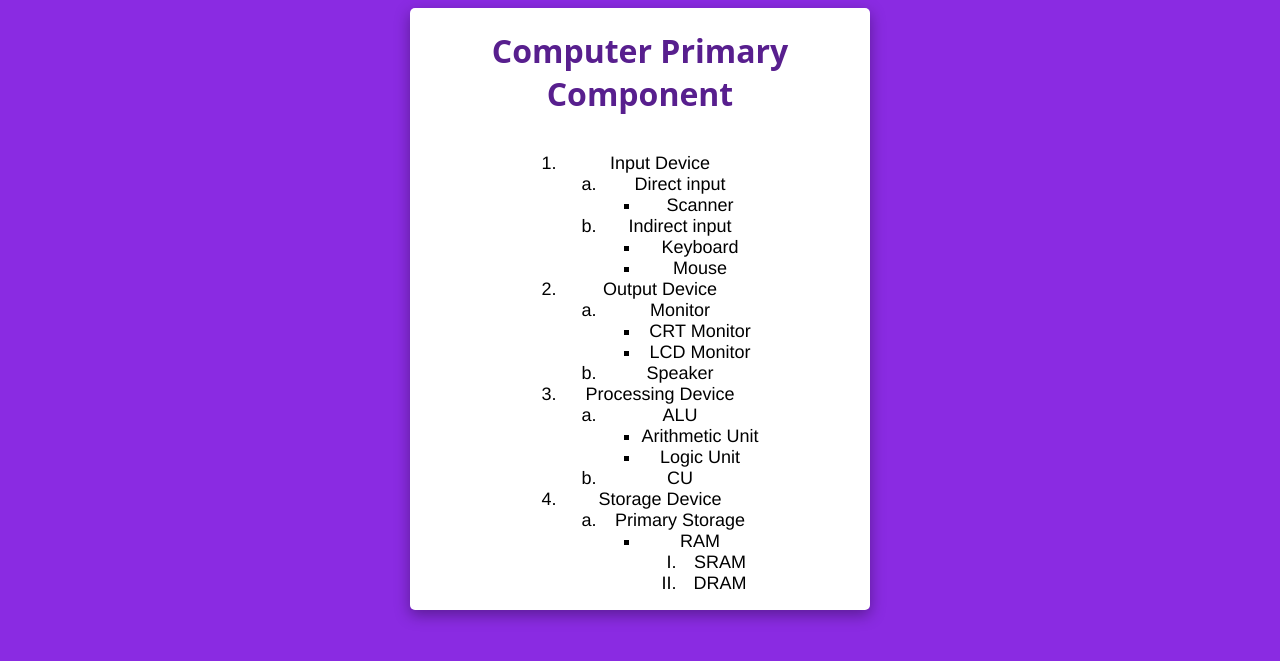
Repository: SharonSebastian32/Nested_List_in_html
Page: index.html
An editor plug-in stored every save of this project. The page is shown before and after a run of saves, followed by the edit.
The browser window is 1280 px wide. The pictures show the whole page.

Above is the page before, as saved 2024-09-01 08:14:57.

### index.html
<!DOCTYPE html>
<html lang="en">
  <head>
    <meta charset="UTF-8" />
    <meta name="viewport" content="width=device-width, initial-scale=1.0" />
    <title>Document</title>
    <link rel="stylesheet" href="./Styles/Styles.css" />
    <link href="https://unpkg.com/aos@2.3.1/dist/aos.css" rel="stylesheet" />
    <style>
        li{
            font-size: 18px;
            font-family:  Helvetica, sans-serif;
        }
    </style>
  </head>
  <body style="background-color: blueviolet">
    <center>

      <div
        data-aos="zoom-in-up"
        style="
          border-radius: 5px;
          display: flex;
          flex-wrap: wrap;
          justify-content: center;
          align-items: center;
          flex-direction: column;
          background-color: rgb(255, 255, 255);
          width: 460px;
          box-shadow: rgba(0, 0, 0, 0.35) 0px 5px 15px;
        "
      >
        <h1 style="color: rgb(88, 31, 142);">Computer Primary Component</h1>
        <ol>
          <li>Input Device</li>
          <ol type="a">
            <li>Direct input</li>
            <ul style="list-style-type: square">
              <li>Scanner</li>
            </ul>
            <li>Indirect input</li>
            <ul>
              <li>Keyboard</li>
              <li>Mouse</li>
            </ul>
          </ol>
          <li>Output Device</li>
          <ol type="a">
            <li>Monitor</li>
            <ul>
              <li>CRT Monitor</li>
              <li>LCD Monitor</li>
            </ul>
            <li>Speaker</li>
          </ol>
          <li>Processing Device</li>
          <ol type="a">
            <li>ALU</li>
            <ul>
              <li>Arithmetic Unit</li>
              <li>Logic Unit</li>
            </ul>
            <ul></ul>
            <li>CU</li>
          </ol>
          <li>Storage Device</li>
          <ol type="a">
            <li>Primary Storage</li>
            <ul>
              <li>RAM</li>
              <ol type="I">
                <li>SRAM</li>
                <li>DRAM</li>
              </ol>
            </ul>
          </ol>
        </ol>
      </div>
    </center>
    <script src="https://unpkg.com/aos@2.3.1/dist/aos.js"></script>
    <script>
      AOS.init();
    </script>
  </body>
</html>

### Styles/Styles.css
*{
    font-family: system-ui, -apple-system, BlinkMacSystemFont, 'Segoe UI', Roboto, Oxygen, Ubuntu, Cantarell, 'Open Sans', 'Helvetica Neue', sans-serif;

}

After the next 3 saves:
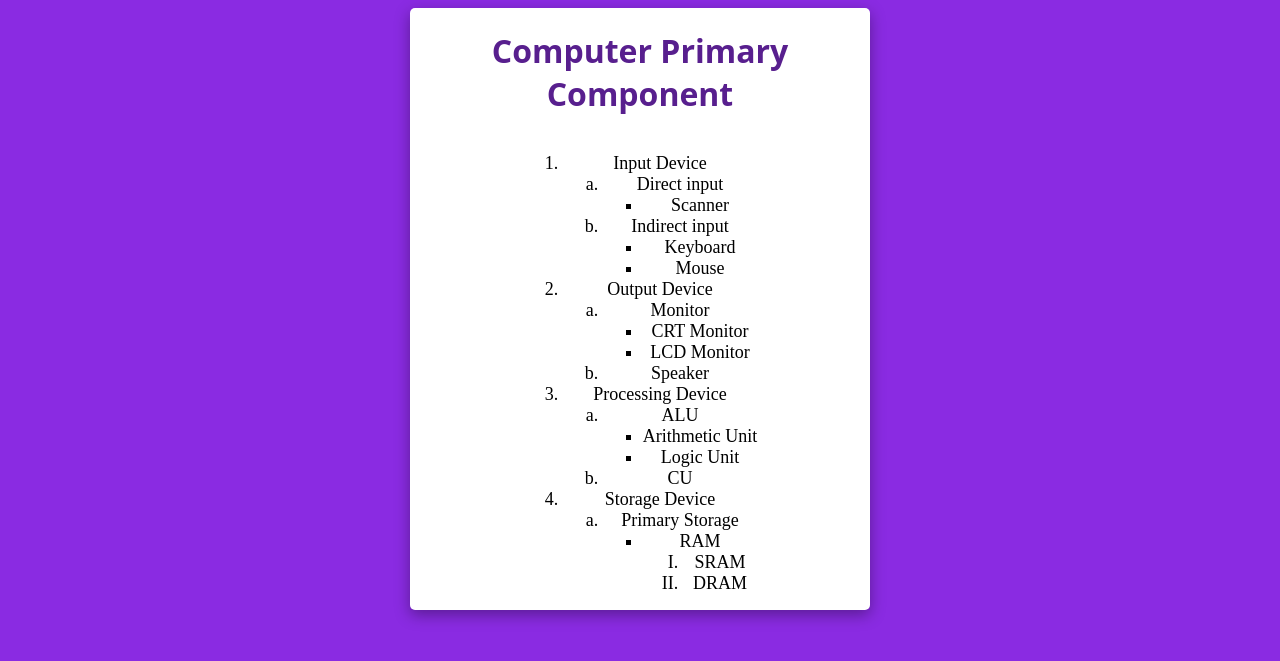
The 3 saves are shown as one change because they came seconds apart.
The last was saved 13 s later.
--- a/index.html
+++ b/index.html
@@ -9,7 +9,7 @@
     <style>
         li{
             font-size: 18px;
-            font-family:  Helvetica, sans-serif;
+            font-family: 'Times New Roman', Times, serif;
         }
     </style>
   </head>
